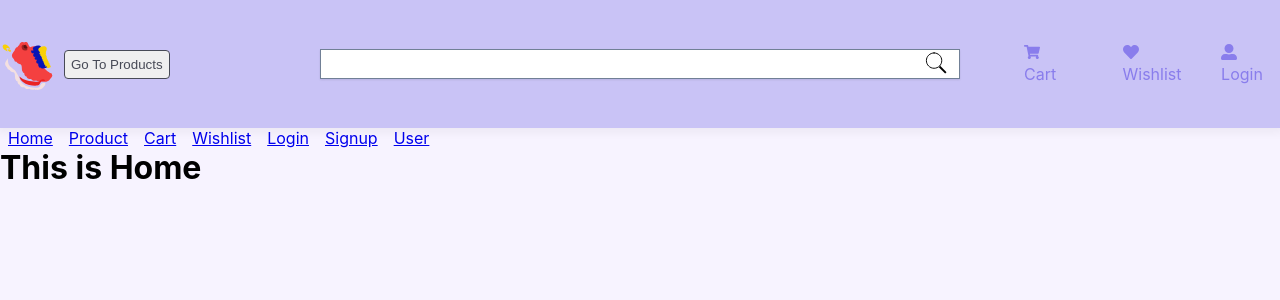
Repository: Irfan-vit/shoecase
Page: /
The author's editor kept a copy of each file at every save. The page is drawn from the files as they stood at one save, then again after a run of saves.
The browser window is 1280 px wide. The pictures show the whole page.
The page's requests for data from a server got no answer. The project was rebuilt for these pictures with package versions that can differ from the ones it lists, and the page was loaded fresh each time. No one was signed in, and anything a server would have sent is missing. Also part of the build but not shown: src/pages/Product/ProductPage.jsx, src/pages/cart/CartPage.jsx, src/pages/wishlist/WishlistPage.jsx, src/pages/login/LoginPage.jsx, src/pages/signup/SignupPage.jsx, src/pages/user/StyledUser.jsx, src/components/forms/addAddress/AddAddress.jsx, src/components/forms/editAddress/EditAddress.jsx and 4 more.

Above is the page before, as saved 2023-05-22 04:31:48.

After the next 3 saves:
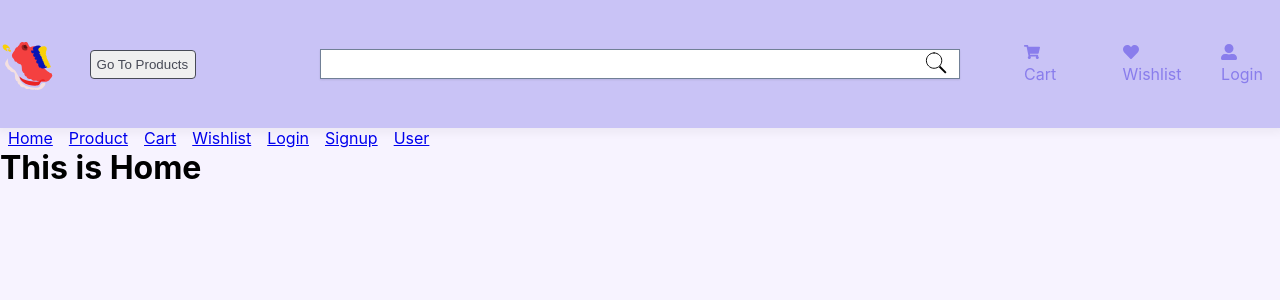
The 3 saves are shown as one change because they came seconds apart.
The last was saved 15 s later.
--- a/src/styles/NavBarStyles.jsx
+++ b/src/styles/NavBarStyles.jsx
@@ -23,6 +23,7 @@ const StyledNav = styled.nav`
       display: flex;
       align-items: center;
       flex-basis: 20%;
+      gap: 10%;
     }
     > :nth-child(2) {
       flex-basis: 50%;
